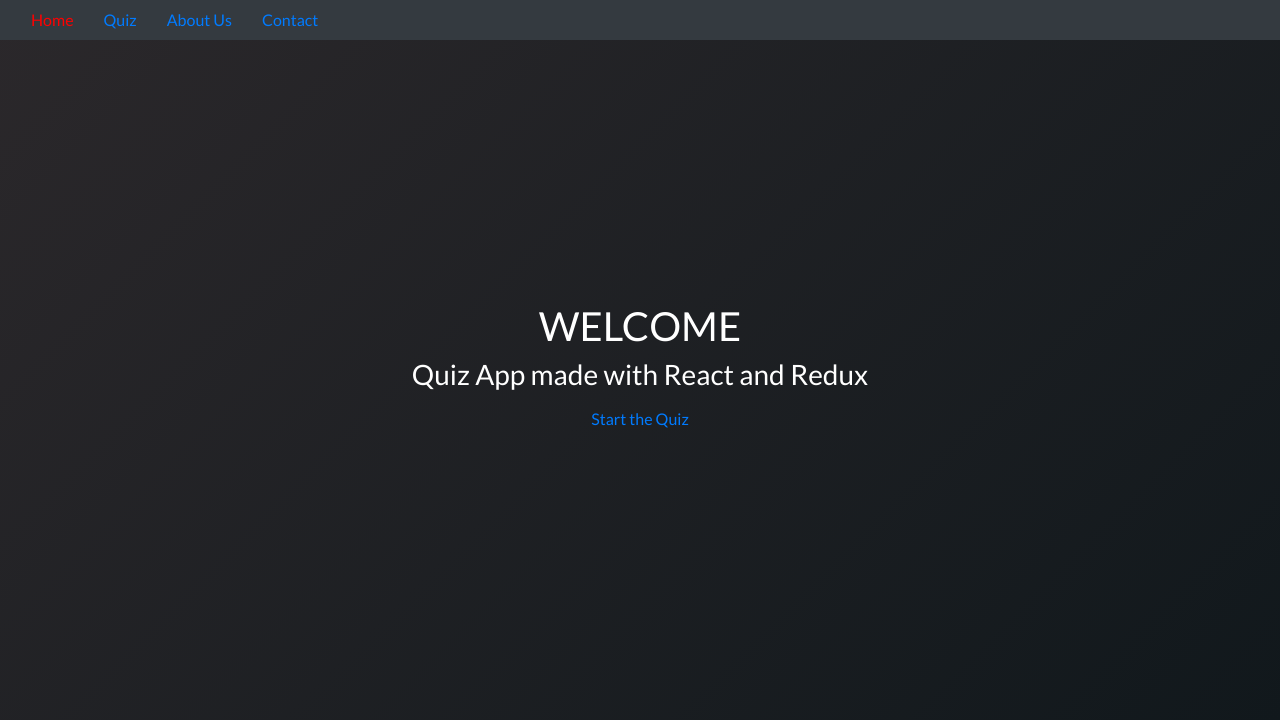
Repository: oba14/quiz-react
Page: /
An editor plug-in stored every save of this project. The page is shown before and after the next save, followed by the edit.
The browser window is 1280 px wide. The pictures show the whole page.
The project was rebuilt for these pictures with package versions that can differ from the ones it lists, and the page was loaded fresh each time. Also part of the build but not shown: src/components/pages/NotFound.js, src/components/pages/Contact.js, src/components/pages/AboutUs.js, src/actions/questions.js, src/components/pages/Quiz.js, src/App.css.

Above is the page before, as saved 2020-01-30 22:58:23.

After the next save:
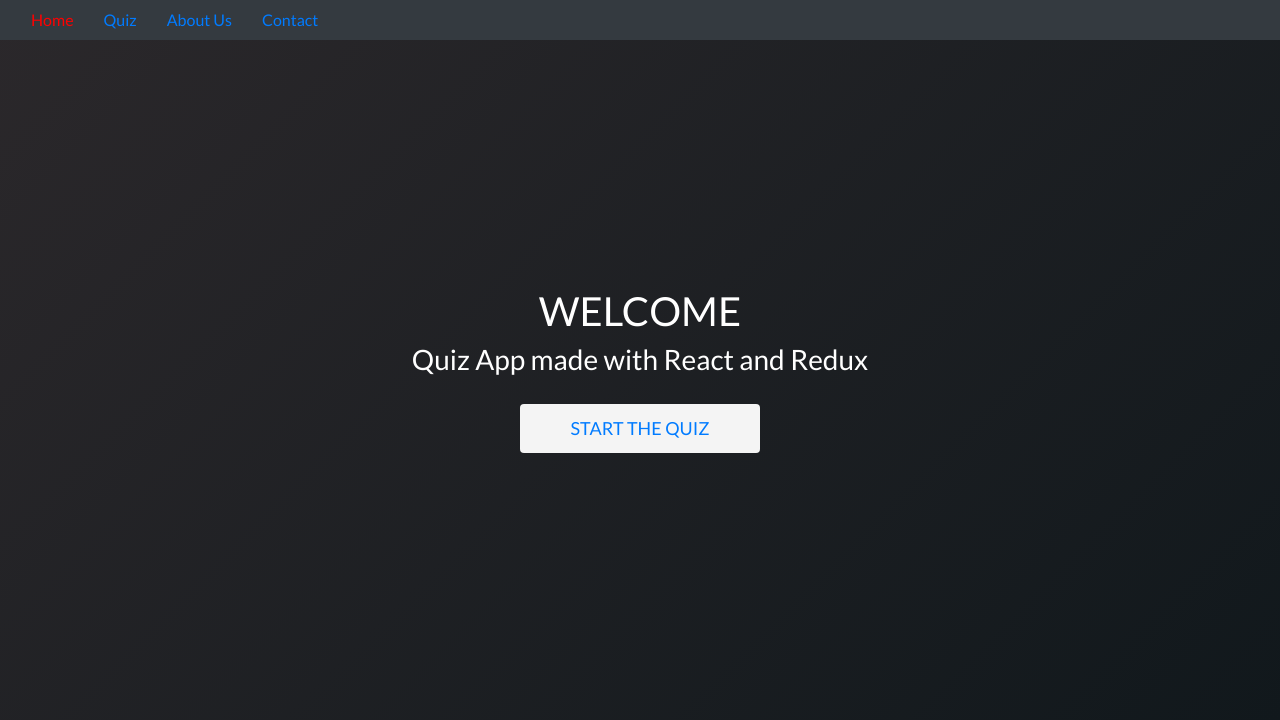
Saved 108 s later.
--- a/src/components/pages/quiz.css
+++ b/src/components/pages/quiz.css
@@ -8,6 +8,60 @@
     font-size: 22px;
     cursor: pointer;
     transition: ease-in-out, width 0.35s ease-in-out;
+}
+
+.answer.selected {
+    color: #4f4c4c;
+    background-color: #c8ffbb;
+}
+
+.answer:hover {
+    color: #4f4c4c;
+    background-color: #c8ffbb;
+}
+
+.answer:focus {
+    outline: none;
+}
+
+.results span.correct {
+    color: #c8ffbb;
+}
+
+.results span.failed {
+    color: #f27c7c;
+}
+
+.error {
+    color: #f27c7c;
+}
+
+.letter {
+    color: #4f4c4c;
+    width: 30px;
+    position: absolute;
+    left: 0;
+    text-align: center;
+    height: 28px;
+    top: 0;
+    padding: 5px;
+    text-transform: uppercase;
+}
+
+.btn {
+    color: #4f4c4c;
+    background-color: #f4f4f4;
+    padding: 10px 50px;
+    text-transform: uppercase;
+    font-size: 18px;
+    margin-top: 20px;
+    cursor: pointer;
+}
+
+.btn-primary {
+    color: #4f4c4c;
+    background-color: #ffc107;
+    font-weight: bold;
 }
 
 .answers > span {
